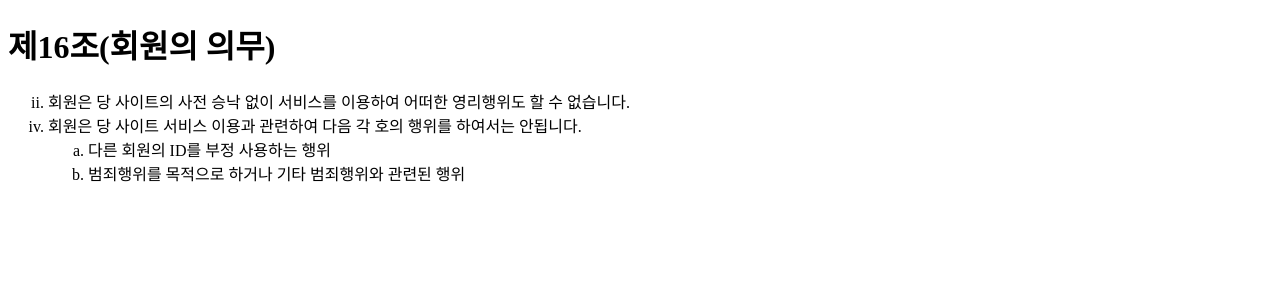
Repository: sinyoung3095/study-html
Page: workspace/b_list/src/main/webapp/list-task.html
An editor plug-in stored every save of this project. The page is shown before and after the next save, followed by the edit.
The browser window is 1280 px wide. The pictures show the whole page.

Above is the page before, as saved 2025-07-10 03:40:51.

### workspace/b_list/src/main/webapp/list-task.html
<!--
   제16조(회원의 의무)
   II. 회원은 당 사이트의 사전 승낙 없이 서비스를 이용하여 어떠한 영리행위도 할 수 없습니다.
   IV. 회원은 당 사이트 서비스 이용과 관련하여 다음 각 호의 행위를 하여서는 안됩니다.
        a. 다른 회원의 ID를 부정 사용하는 행위
        b. 범죄행위를 목적으로 하거나 기타 범죄행위와 관련된 행위
 -->
<!DOCTYPE html>
<html>
<head>
<meta charset="UTF-8">
<title>리스트 태그 - 실습</title>
</head>
<body>
	<h1>제16조(회원의 의무)</h1>
	<ol type ="i" start = "2">
		<li>회원은 당 사이트의 사전 승낙 없이 서비스를 이용하여 어떠한 영리행위도 할 수 없습니다.</li>
		<li value = "4">회원은 당 사이트 서비스 이용과 관련하여 다음 각 호의 행위를 하여서는 안됩니다.
			<ol type = "a">
				<li>다른 회원의 ID를 부정 사용하는 행위</li>
				<li>범죄행위를 목적으로 하거나 기타 범죄행위와 관련된 행위</li>
			</ol>
		</li>
	</ol>

</body>
</html>

After the next save:
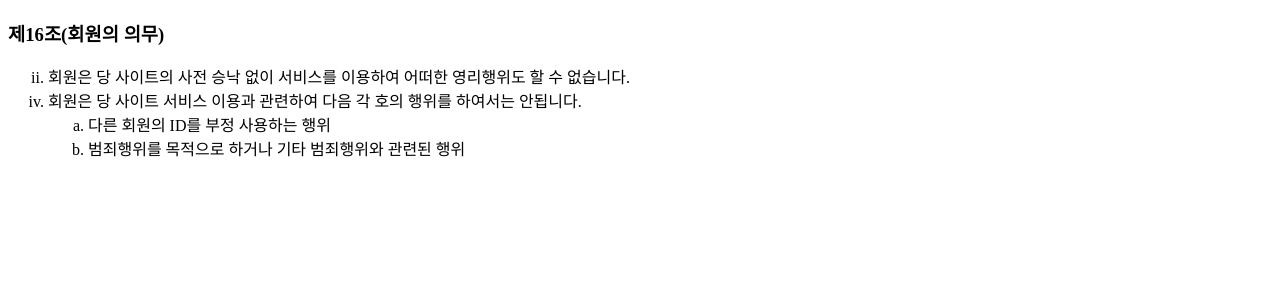
Saved 65 s later.
--- a/workspace/b_list/src/main/webapp/list-task.html
+++ b/workspace/b_list/src/main/webapp/list-task.html
@@ -12,7 +12,7 @@
 <title>리스트 태그 - 실습</title>
 </head>
 <body>
-	<h1>제16조(회원의 의무)</h1>
+	<h3>제16조(회원의 의무)</h3>
 	<ol type ="i" start = "2">
 		<li>회원은 당 사이트의 사전 승낙 없이 서비스를 이용하여 어떠한 영리행위도 할 수 없습니다.</li>
 		<li value = "4">회원은 당 사이트 서비스 이용과 관련하여 다음 각 호의 행위를 하여서는 안됩니다.
